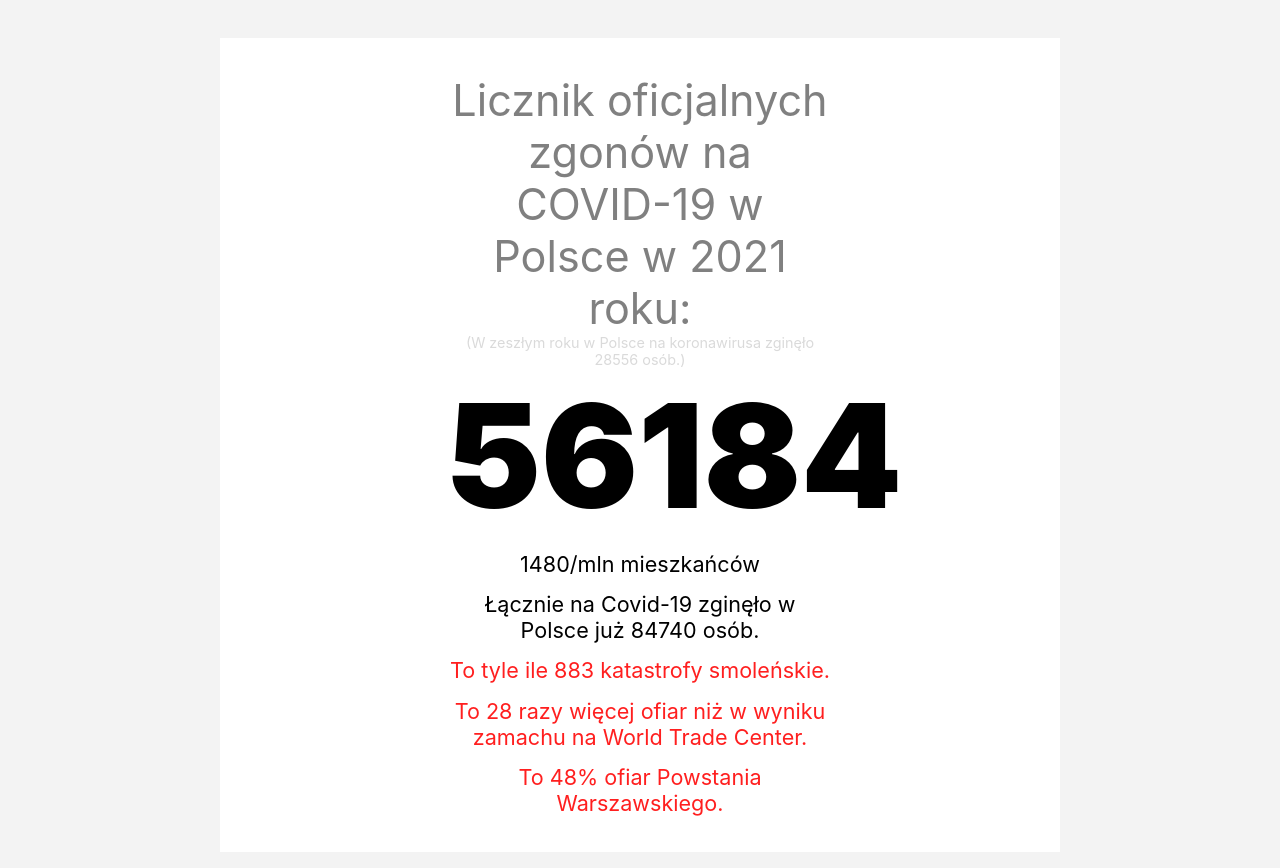
Repository: michalgornicki/poland-covid
Page: /
An editor plug-in stored every save of this project. The page is shown before and after the next save, followed by the edit.
The browser window is 1280 px wide. The pictures show the whole page.
The project was rebuilt for these pictures with package versions that can differ from the ones it lists, and the page was loaded fresh each time.

Above is the page before, as saved 2021-12-04 19:48:35.

### src/App.jsx
import React, { useEffect } from "react";
import "./App.css";

function App() {
  const startTime = () => {
    const date = new Date();
    let miliseconds = date.getTime();
    let seconds = Math.round(miliseconds / 1000);
    let thisYearSeconds = Math.round(seconds - 1609401600);
    let deaths = Math.round(thisYearSeconds * 0.00192110763);
    let allDeaths = deaths + 28556;
    let smolensk = Math.round(allDeaths / 96);
    let tradeCenter = Math.round(allDeaths / 2977);
    let uprising = (allDeaths / 175000).toFixed(2) * 100;


    document.getElementsByClassName("counter")[0].innerHTML = deaths;
    let deathsPerMillion = Math.round(deaths / 37.95);
    document.getElementsByClassName("counter-2")[0].innerHTML =
      deathsPerMillion + "/mln mieszkańców";
    document.getElementsByClassName("counter-3")[0].innerHTML =
      "Łącznie na Covid-19 zginęło w Polsce już " + (deaths + 28556) + " osób.";
    document.getElementsByClassName("counter-4")[0].innerHTML =
      "To tyle ile " + smolensk + " katastrofy smoleńskie.";
      document.getElementsByClassName("counter-4")[1].innerHTML =
      "To " + tradeCenter + " razy więcej ofiar niż w wyniku zamachu na World Trade Center.";
      document.getElementsByClassName("counter-4")[2].innerHTML =
      "To " + uprising + "%" + " ofiar Powstania Warszawskiego.";

    setTimeout(startTime, 1000);
  };

  useEffect(() => {
    startTime();
  });

  return (
    <p>
      <div className="text-container">
        <div className="header">
          Licznik oficjalnych zgonów na COVID-19 w Polsce w 2021 roku:
        </div>
        <div className="header-2">
          (W zeszłym roku w Polsce na koronawirusa zginęło 28556 osób.)
        </div>
        <div className="counter">{""}</div>
        <div className="counter-2">{""}</div>
        <div className="counter-3"></div>
        <div className="counter-4"></div>
        <div className="counter-4"></div>
        <div className="counter-4"></div>
      </div>
    </p>
  );
}

export default App;

### src/App.css
body{
    background-color: rgb(243, 243, 243);
}

.text-container{
    display: block;
    margin: auto;
    margin-top: 3%;
    background-color: white;
    width: 60%;
    padding: 5vmin;
}

.header{
    font-size: 6vmin;
    display: block;
    margin: auto;
    width: 50%;
    text-align: center;
    color: gray;
}

.header-2{
    font-size: 2vmin;
    display: block;
    margin: auto;
    width: 50%;
    text-align: center;
    color: rgb(218, 218, 218);
}

.counter{
    font-size: 20vmin;
    font-weight: 900;
    display: block;
    margin: auto;
    width: 50%;
    text-align: center;
    color: rgb(0, 0, 0);
}

.counter-2{
    font-size: 3vmin;
    display: block;
    margin: auto;
    margin-top: 1vmin;
    width: 50%;
    text-align: center;
}

.counter-3{
    font-size: 3vmin;
    display: block;
    margin: auto;
    margin-top: 2vmin;
    width: 50%;
    text-align: center;
    color: rgb(0, 0, 0);
}

.counter-4{
    font-size: 3vmin;
    display: block;
    margin: auto;
    margin-top: 2vmin;
    width: 50%;
    text-align: center;
    color: rgb(255, 31, 31);
}

Loaded but not shown: public/index.html (common file); src/index.js (common file); src/index.css (common file); src/reportWebVitals.js (common file)

After the next save:
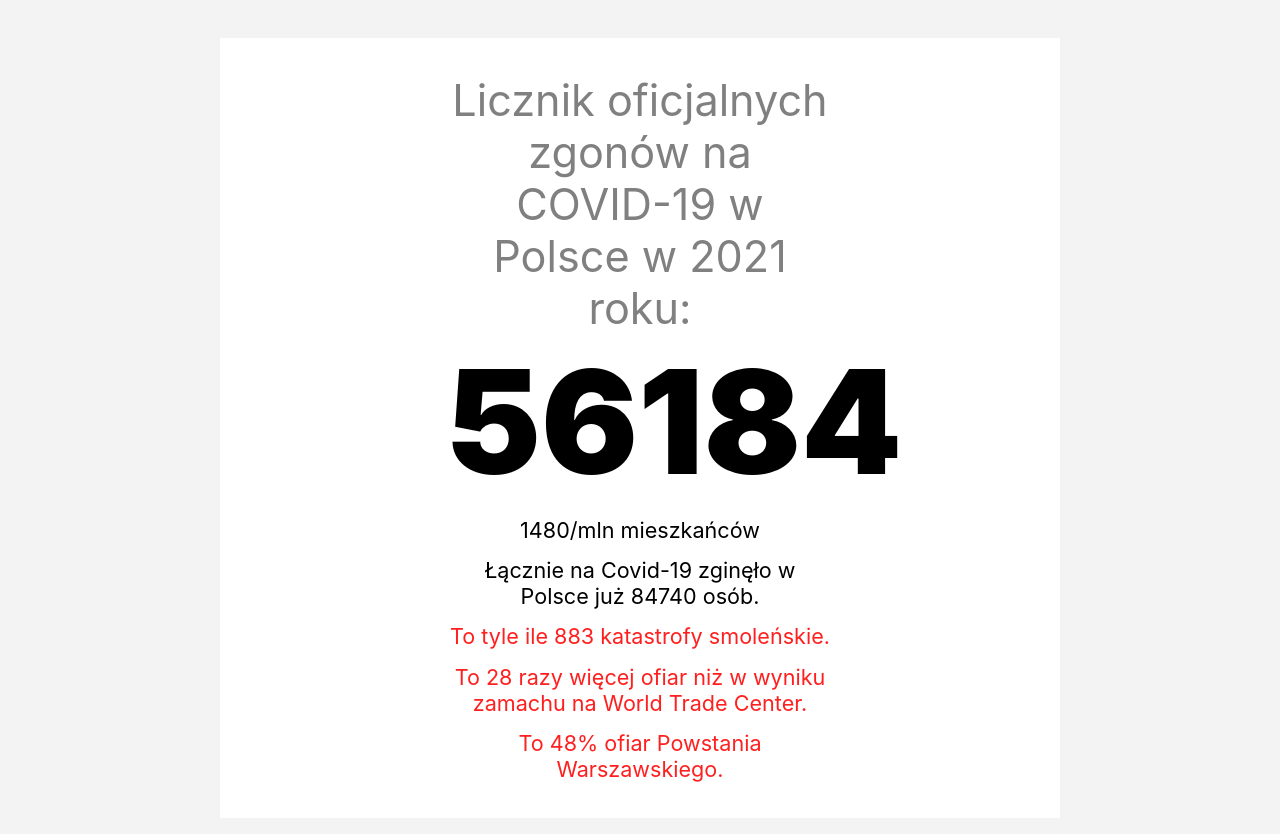
Saved 99 s later.
--- a/src/App.jsx
+++ b/src/App.jsx
@@ -40,9 +40,7 @@
         <div className="header">
           Licznik oficjalnych zgonów na COVID-19 w Polsce w 2021 roku:
         </div>
-        <div className="header-2">
-          (W zeszłym roku w Polsce na koronawirusa zginęło 28556 osób.)
-        </div>
+
         <div className="counter">{""}</div>
         <div className="counter-2">{""}</div>
         <div className="counter-3"></div>

After the save that followed:
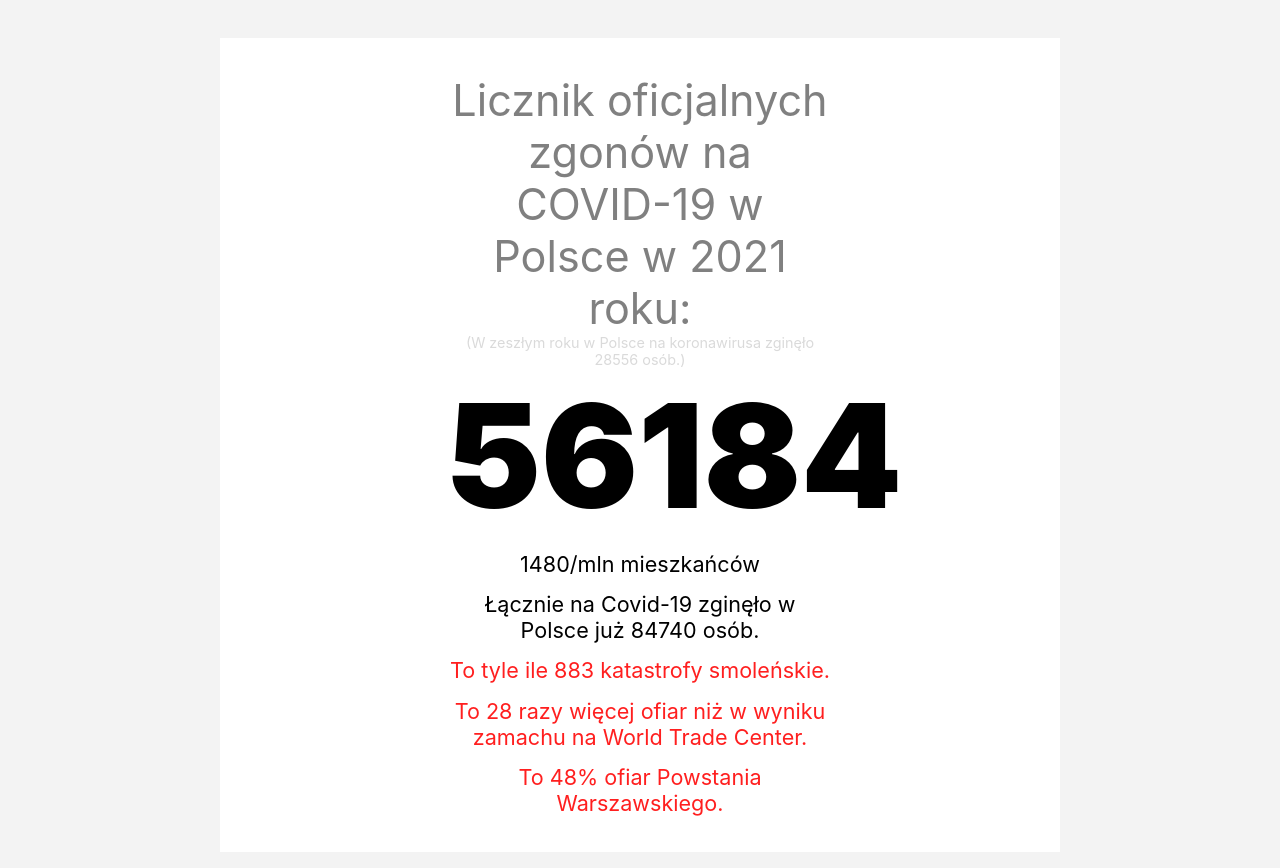
Saved 7 s later.
--- a/src/App.jsx
+++ b/src/App.jsx
@@ -40,7 +40,9 @@
         <div className="header">
           Licznik oficjalnych zgonów na COVID-19 w Polsce w 2021 roku:
         </div>
-
+        <div className="header-2">
+          (W zeszłym roku w Polsce na koronawirusa zginęło 28556 osób.)
+        </div>
         <div className="counter">{""}</div>
         <div className="counter-2">{""}</div>
         <div className="counter-3"></div>
